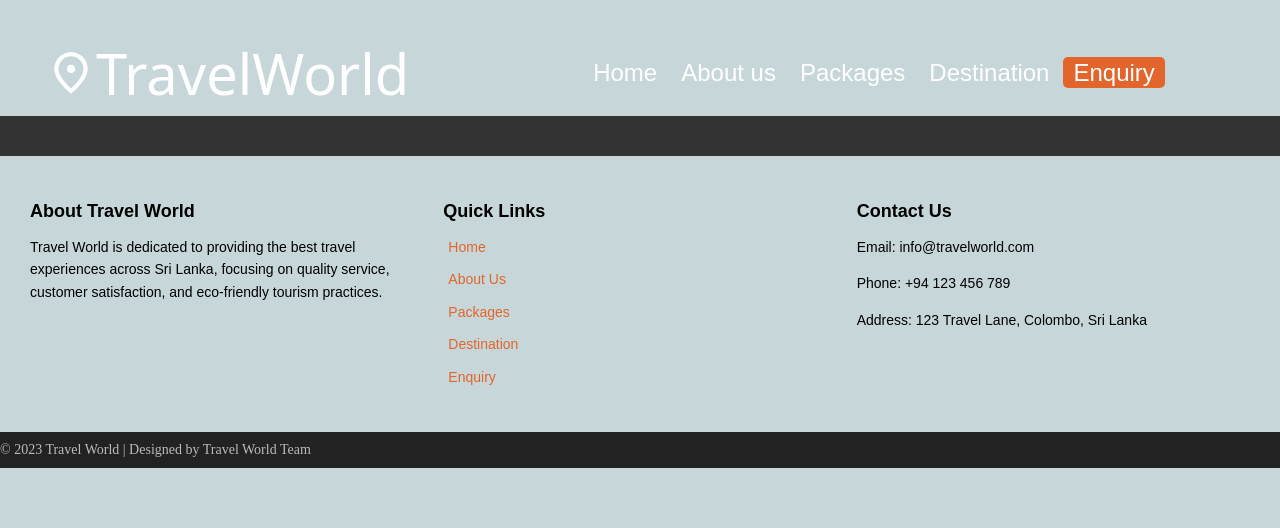
Repository: Haakim19/TavelWorld
Page: HTML/Enquiry.html
These files come from the project's save history. The page is drawn as it stood at one moment and after the next save; the edit follows.
The browser window is 1280 px wide. The pictures show the whole page.
Some web fonts or font styles are not loaded; a fallback is used.

Above is the page before, as saved 2024-11-03 17:58:16.

### HTML/Enquiry.html
<!DOCTYPE html>
<html lang="en">
    <head>
        <meta charset="UTF-8" />
		<meta name="viewport" content="width=device-width, initial-scale=1.0" />
		<title>Travel World</title>
        <link rel="icon" href="../Assets/icon/location.png" type="image/png">
        <link rel="stylesheet" href="../CSS/Navbar.CSS">
        <link rel="stylesheet" href="../CSS/Aboutus.css">
        <link rel="stylesheet" href="../CSS/Footer.css">
        <link rel="preconnect" href="https://fonts.googleapis.com">
        <link rel="preconnect" href="https://fonts.gstatic.com" crossorigin>
        <link href="https://fonts.googleapis.com/css2?family=Irish+Grover&family=Jaldi:wght@400;700&family=Playwrite+GB+S:ital,wght@0,100..400;1,100..400&display=swap" rel="stylesheet">
</head>
<body>
        <div class="bg-img">
            <!-- Navigation Bar -->
            <nav class="navbar">
                <div class="logo">
                    <img src="../Assets/icon/location.png" alt="" />
                    Travel <span>World</span>
                </div>
                <div class="page">
                    <a href="Home.html">Home</a>
                    <a href="Aboutus.html">About us</a>
                    <a href="Packages.html">Packages</a>
                    <a href="Destination.html">Destination</a>
                    <a href="Enquiry.html" class="enquiry-btn">Enquiry</a>
                </div>
            </nav>
            <form action="">

            </form>
            <footer class="footer"></footer>
            <div class="footer-content">
                <div class="footer-section about">
                    <h2>About Travel World</h2>
                    <p>Travel World is dedicated to providing the best travel experiences across Sri Lanka, focusing on quality service, customer satisfaction, and eco-friendly tourism practices.</p>
                </div>
                <div class="footer-section links">
                    <h2>Quick Links</h2>
                    <ul>
                        <li><a href="Home.html">Home</a></li>
                        <li><a href="Aboutus.html">About Us</a></li>
                        <li><a href="Packages.html">Packages</a></li>
                        <li><a href="Destination.html">Destination</a></li>
                        <li><a href="Enquiry.html">Enquiry</a></li>
                    </ul>
                </div>
                <div class="footer-section contact">
                    <h2>Contact Us</h2>
                    <p>Email: info@travelworld.com</p>
                    <p>Phone: +94 123 456 789</p>
                    <p>Address: 123 Travel Lane, Colombo, Sri Lanka</p>
                </div>
            </div>
            <div class="footer-bottom">
                &copy; 2023 Travel World | Designed by Travel World Team
            </div>
        </footer>
</body>
</html>

### CSS/Navbar.CSS
body{
    margin: 0;
    padding: 0;
    /* background-color: #ffffff; */
}
/* Background image */
.bg-img img{
    width: 100%;
    height: 95vh;
    object-fit: cover;
    object-position: top;
    background-attachment: scroll;
}

.hero-img {
    /* filter: blur(2px); */
    position:absolute;
    top: 0;
    z-index: 1;
    background-color:black;;
}
/* Navigation bar */
nav{
    position: relative;
    display: flex;
    align-items: center;
    justify-content: space-between;
    z-index: 1000;
    padding-top: 30px;
}
.logo{
    margin-left: 5vh;
    font-family: "Irish Grover", system-ui;
    color: #ffffff;
    font-size: 3.5rem;
    display: flex;
    justify-content:center;
    align-items: center;
    padding: 5px 10px 5px 10px;
}
.logo img{
    width: 50px;
    height: 50px;
    color: #ffffff;
}

.page {
    margin-right : 16vh;

}

.page a{
    /* display: flex; */
    font-size: 1.5rem;
    color: #ffffff;
    font-family:"Jaldi", sans-serif;
    justify-content: space-evenly;
    align-items: center;
    padding: 2px 10px 2px 10px;
    text-decoration: none;
    transition: all 0.5s ease;
}
.page a:hover{
    color: #E2652B;
}
.page .enquiry-btn{
    background-color:#E2652B;
    color: white;
    border-radius: 5px;
    transition: all 0.5s ease;
}
.page .enquiry-btn:hover{
    color:#E2652B;
    background-color: rgb(255, 255, 255);
    border-radius: 5px;
}
section {
    position: relative;
    z-index: 1000;
    color: #ffffff;
    display: flex;
    flex-direction: column;
    justify-content: center;
    align-items: center;
    margin-top: 1vh;

}

.hero .hero-overlay h1 {
    /* margin-right: 10vh; */
    font-family: "Playwrite GB S", serif;
    font-weight: 700;
    font-style:oblique;
    font-size: 10rem;
    margin-bottom: -10px;
}

.hero .hero-overlay p {
    margin-left: 15vh;
    margin-top: auto;
    font-family: "Bebas Neue", sans-serif;
    font-weight: 500;
    font-style:normal;
    font-size: 3rem;
    margin-right: 10vh;
}

### CSS/Aboutus.css
body{
    background-color:hsla(184, 100%, 16%, 0.221);
}
.hero{
    display: flex;
    flex-direction: row;
    justify-content: center;
    align-items: center;
    margin-top: -5vh;
    margin-left: 10%;
    margin-right: 10%;
    text-align: center;
}
/* All the container style */
.container{
    position:relative;
    width: 85%;
    height: 700px;
    top: -100px;
    background: hsla(0, 0%, 100%, 0.651);
    box-shadow: 5px 5px 5px 2px rgba(0, 0, 0, 0.25);
    border-radius: 35px;
    display: flex;
    justify-content: center;
    align-items: center;
    margin-top: 18vh;
    margin-left: 7.5%;
    margin-right: 7.5%;
    margin-bottom:15vh;
    z-index: 10;
}
.container h2{
    font-family: "Righteous", sans-serif;
    position: absolute;
    left: 7%;
    top: -10%;
    transform: translateY(100%);
    margin-top: 5px;
    color: #004D53;
    font-size: 4rem;
}
/* Our team card */
.team h3{
    font-family: "Righteous", sans-serif;
    font-size: 3rem;
    margin-top: -5.5vh;
    color: #ffffff;
    margin-bottom: -4vh;
    /* margin-left: 30%; */
    text-align: center;
}
.team h4{
    font-family: "Jaldi", sans-serif;
    font-size: 1.5rem;
    color: #ffffff;
    text-align: center;
    margin-bottom: -2vh;
    color:#E2652B;
    /* line-height:4rem; */
    /* font-size: 2rem; */

}
.team h5{
    font-family: "Jaldi", sans-serif;
    font-size: 1rem;
    color: #ffffff;
    text-align: left;
    margin:10%;
}
/* team cards style */
.team .box{
    position:relative;
    background-color:rgb(255, 255, 255);
    justify-content: space-evenly;
    margin: 40px;
    width: 25%;
    height: 75%;
    box-shadow: 8px 8px 4px rgba(0, 0, 0, 0.25);
    border-radius: 10px;
    z-index: 10;
    transition: all 0.5s ease;
}
/* team cards animation style */
.team .box .box-content{
    color: #fff;
    background-color: rgba(0, 0, 0, 0.5);
    display: flex;
    width: 100%;
    height: 100%;
    flex-direction: column;
    justify-content: center;
    backdrop-filter: blur(5px);
    opacity: 0;
    transition: all 0.5s ease;
    /* z-index: 1100; */
}
.container .box .box-content:hover{
    opacity: 1;
    border-radius:10px
}

.cont1 .box {
    position:absolute;
    background-color:rgb(255, 255, 255);
    width: 25%;
    height: 75%;
    right:70%;
    /* top:-70px; */
    box-shadow: 8px 8px 4px rgba(0, 0, 0, 0.25);
    border-radius: 10px;
    z-index: 10;
}
.cont1  section p{
    color: #53998F;
    font-family: "Jaldi", sans-serif;
    font-size: 1.2rem;
    padding-left: 200px;
    line-height: 1.5rem;
    max-width: 600px;
    display: flex;
    flex-direction: column;
    align-items:first baseline
}
.cont1  section p strong{
    font-size: 2rem;
}
.cont1  section p span{
    font-style: italic;
    font-weight:800;
}
.box img {

    width: 100%;

    height: 100%;
    border-radius: 10px;
    object-fit: cover;

}

### CSS/Footer.css
.footer {
    background-color: #333;
    color: #fff;
    padding: 20px 0;
    text-align: center;
}

.footer-content {
    display: flex;
    justify-content: space-around;
    flex-wrap: wrap;
    padding: 20px;
}

.footer-section {
    flex: 1;
    margin: 10px;
    min-width: 200px;
}

.footer-section h2 {
    font-family: "Jaldi", sans-serif;
    font-size: 18px;
    margin-bottom: 10px;
}

.footer-section p, .footer-section ul, .footer-section li {
    font-family: "Jaldi", sans-serif;
    font-size: 14px;
    line-height: 1.6;
}

.footer-section ul {
    list-style: none;
    padding: 0;
}

.footer-section ul li {
    margin-bottom: 10px;
}

.footer-section ul li a {
    color:#E2652B;
    text-decoration: none;
    transition: all 0.5s ease;
    padding: 2px 5px 2px 5px;
    border-radius: 5px;

}

.footer-section ul li a:hover {
    /* text-decoration: underline; */
    background-color: #E2652B;
    color:#ffffff;
}

.footer-bottom {
    background-color: #222;
    color: #bbb;
    padding: 10px 0;
    font-size: 14px;
}

After the next save:
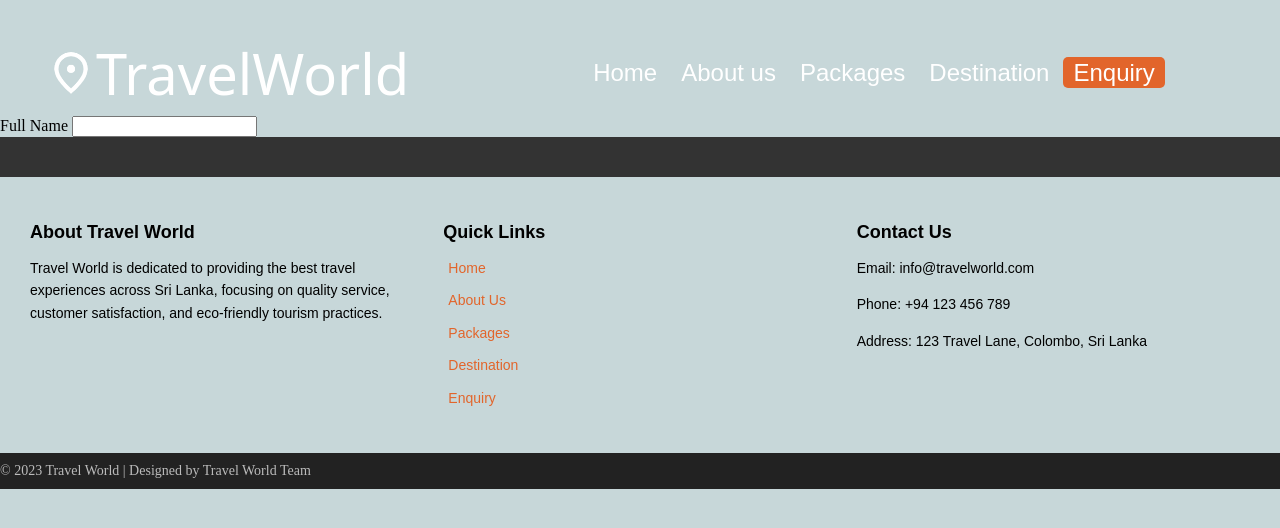
Saved 50 s later.
--- a/HTML/Enquiry.html
+++ b/HTML/Enquiry.html
@@ -29,7 +29,8 @@
                 </div>
             </nav>
             <form action="">
-
+                <label for="Fname">Full Name</label>
+                <input type="text" >
             </form>
             <footer class="footer"></footer>
             <div class="footer-content">
